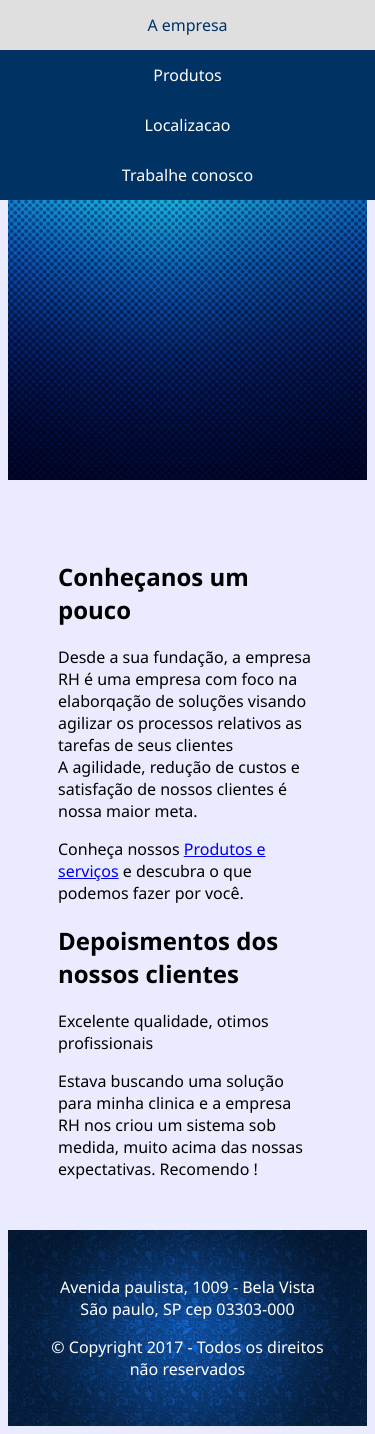
Repository: NicholasMaestrello/treinamento-impacta
Page: http://localhost/02_EmpresaRH/
An editor plug-in stored every save of this project. The page is shown before and after the next save, followed by the edit.
The browser window is 375 px wide. The pictures show the whole page.
Backgrounds fixed to the window are drawn as part of the page. The page is served by Tomcat 9.

Above is the page before, as saved 2017-10-18 18:25:38.

### DesenvolvimentoJava/Modulo06/02_EmpresaRH/WebContent/index.html
<!DOCTYPE html>
<html>
<head>
<meta charset="ISO-8859-1">
<meta name="viewport" content="width=device-width, initial-scale=1.0">
<title>Istitucional - Empresa RH</title>
<link href="css/estilo.css" rel="stylesheet">
<link href="css/menu.css" rel="stylesheet">
</head>
<body>
	<header>
		<nav>
			<ul class="menu">
				<li><a href="#">A empresa</a></li>
				<li><a href="#">Produtos</a></li>
				<li><a href="#">Localizacao</a></li>
				<li><a href="#">Trabalhe conosco</a></li>
			</ul>
		</nav>
	</header>


	<section class="intro"></section>


	<div class="container">
		<section>
			<article>
				<header>
					<h2>Conheçanos um pouco</h2>
					<p>
						Desde a sua fundação, a empresa RH é uma empresa com foco na
						elaborqação de soluções visando agilizar os processos relativos as
						tarefas de seus clientes<br /> A agilidade, redução de custos e
						satisfação de nossos clientes é nossa maior meta.
					</p>
				</header>
				<p>
					Conheça nossos <a href="#">Produtos e serviços</a> e descubra o que
					podemos fazer por você.
				</p>
			</article>
		</section>

		<aside>
			<h2>Depoismentos dos nossos clientes</h2>
			<p>Excelente qualidade, otimos profissionais</p>
			<p>Estava buscando uma solução para minha clinica e a empresa RH
				nos criou um sistema sob medida, muito acima das nossas
				expectativas. Recomendo !</p>
		</aside>
	</div>

	<footer class="footer">
		<p>
			Avenida paulista, 1009 - Bela Vista <br /> São paulo, SP cep
			03303-000
		</p>
		<p>&copy; Copyright 2017 - Todos os direitos não reservados</p>
	</footer>

</body>
</html>

### DesenvolvimentoJava/Modulo06/02_EmpresaRH/WebContent/css/estilo.css
* {
	font-family: 'Segoe UI', Tahoma, Verdana, sans-serif;
}

body{
	background-color: rgb(235, 235, 316);
}

.container{
	margin: 80px 50px 50px 50px;

}
/*
footer{
	left:0;
	right:0;
	bottom:0;
	position: fixed;
	padding: 5px;
	text-align: center;
	font-size: 10px;
	color: white;
	background-color: #828282;
}
*/
.intro{
	background: url(../imagens/inicio.jpg)center center fixed;
	background-size: cover;
	padding: 220px 0;
	margin-top: 40px;
	left: 0;
	right: 0;
}

.footer{
	background: url(../imagens/rodape.jpg)center center fixed;
	background-size: cover;
	color: white;
	padding: 30px;
	text-align: center;
}

### DesenvolvimentoJava/Modulo06/02_EmpresaRH/WebContent/css/menu.css
nav {
	position: fixed;
	top:0;
	left:0;
	right:0;
}
.menu{
	list-style-type: none;
	margin: 0;
	padding: 0;
	overflow: hidden;
	background-color: #003264;
}

.menu li{
	float: left;
}

.menu li a {
	display: block;
	color: white;
	text-align: center;
	padding: 14px 16px;
	text-decoration: none;
}

.menu li a:hover{
	background-color: #DFDFDF;
	color: #003264;
}

@media screen and (max-width: 400px){
	.menu li{
		float: none;
	}
	.menu li a{
		text-align: center;
		text-decoration: none;
	}
}

After the next save:
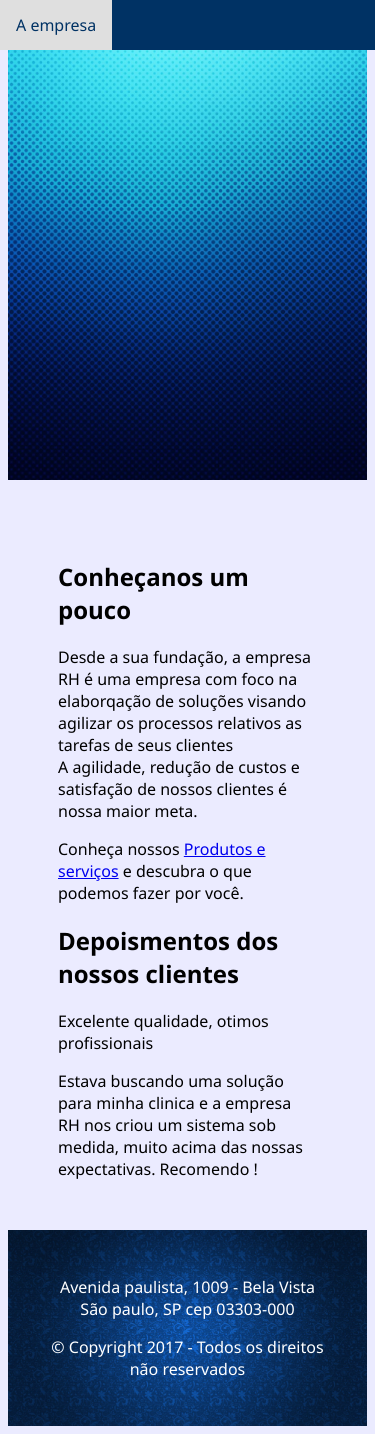
Saved 8 min 30 s later.
--- a/DesenvolvimentoJava/Modulo06/02_EmpresaRH/WebContent/css/menu.css
+++ b/DesenvolvimentoJava/Modulo06/02_EmpresaRH/WebContent/css/menu.css
@@ -29,12 +29,16 @@ nav {
 	color: #003264;
 }
 
-@media screen and (max-width: 400px){
-	.menu li{
+@media screen and (max-width: 500px){
+	/*.menu li{
 		float: none;
 	}
 	.menu li a{
 		text-align: center;
 		text-decoration: none;
 	}
+	*/
+	.menu li:not(:first-child){
+		display: none;
+	}
 }
